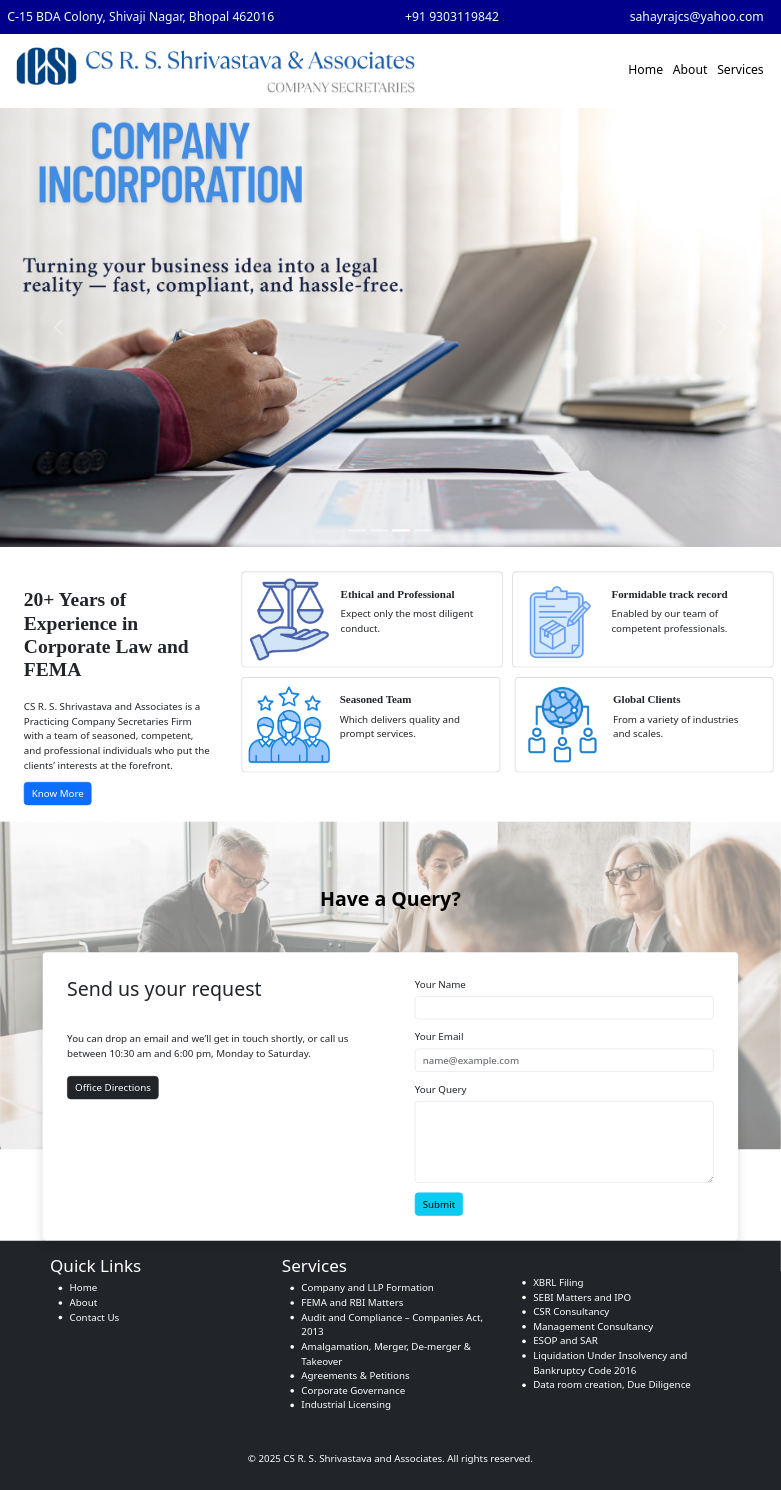
Repository: aayushiss/CS-RSS
Page: index.html
These files come from the project's save history. The page is drawn as it stood at one moment and after the next save; the edit follows.
The browser window is 1280 px wide. The pictures show the whole page, at 61% of full size.

Above is the page before, as saved 2025-05-20 18:45:27.

### index.html
<!DOCTYPE html>
<html lang="en">

<head>
  <meta charset="UTF-8">
  <meta name="viewport" content="width=device-width, initial-scale=1.0">
  <title>R. S. Shrivastava</title>
  <link href="https://cdn.jsdelivr.net/npm/bootstrap@5.3.3/dist/css/bootstrap.min.css" rel="stylesheet"
    integrity="sha384-QWTKZyjpPEjISv5WaRU9OFeRpok6YctnYmDr5pNlyT2bRjXh0JMhjY6hW+ALEwIH" crossorigin="anonymous">
  <link rel="stylesheet" type="text/css" href="style.css">
</head>

<body>
  <nav class="navbar fixed-top custom-navbar">
    <div class="container-fluid d-flex justify-content-between">
      <a class="navbar-brand"
        href="https://www.google.com/maps/place/R+S+SHRIVASTAVA+%26+ASSOCIATES/@23.2288499,77.4244091,17z/data=!3m1!4b1!4m6!3m5!1s0x397c425fada83073:0xcb1e8ba90a487f4e!8m2!3d23.228845!4d77.426984!16s%2Fg%2F1td0r8v9?entry=ttu&g_ep=EgoyMDI1MDUxMi4wIKXMDSoASAFQAw%3D%3D"
        target="_blank">C-15 BDA Colony, Shivaji Nagar, Bhopal 462016</a>
      <a class="navbar-brand" href="" tel:+919303119842"">+91 9303119842</a>
      <a class="navbar-brand" href="mailto:sahayrajcs@yahoo.com">sahayrajcs@yahoo.com</a>
    </div>
  </nav>
  <div class="navbar-space"></div>

  <nav class="navbar sticky-top second-navbar bg-white">
    <div class="container-fluid d-flex justify-content-between align-items-center">
      <a class="navbar-brand" href="index.html">
        <img src="images/icsi logo.jpg" alt="Logo" height="100rem" class="d-inline-block align-text-top">
      </a>
      <!-- </div> -->
      <div class="d-flex">
        <a class="navbar-brand" href="index.html">Home</a>
        <a class="navbar-brand" href="about.html">About</a>
        <a class="navbar-brand" href="services.html">Services</a>
      </div>
  </nav>

  <div id="carouselExampleCaptions" class="carousel slide" data-bs-ride="carousel" data-bs-interval="2000"
    data-bs-pause="false">
    <div class="carousel-indicators">
      <button type="button" data-bs-target="#carouselExampleCaptions" data-bs-slide-to="0" class="active"
        aria-current="true" aria-label="Slide 1"></button>
      <button type="button" data-bs-target="#carouselExampleCaptions" data-bs-slide-to="1"
        aria-label="Slide 2"></button>
      <button type="button" data-bs-target="#carouselExampleCaptions" data-bs-slide-to="2"
        aria-label="Slide 3"></button>
      <button type="button" data-bs-target="#carouselExampleCaptions" data-bs-slide-to="3"
        aria-label="Slide 4"></button>
    </div>
    <div class="carousel-inner">
      <div class="carousel-item active">
        <img src="images/Trusted corporate governance partner.png" class="d-block w-100" alt="...">
        <div class="carousel-caption d-none d-md-block">
          <!-- <h5>First slide label</h5>
              <p>Some representative placeholder content for the first slide.</p> -->
        </div>
      </div>
      <div class="carousel-item">
        <img src="images/LegalConsultancy.png" class="d-block w-100" alt="...">
      </div>
      <div class="carousel-item">
        <img src="images/companyIncorporation.png" class="d-block w-100" alt="...">
      </div>
      <div class="carousel-item">
        <img src="images/annualFilingReturn.png" class="d-block w-100" alt="...">
      </div>
    </div>
    <button class="carousel-control-prev" type="button" data-bs-target="#carouselExampleCaptions" data-bs-slide="prev">
      <span class="carousel-control-prev-icon" aria-hidden="true"></span>
      <span class="visually-hidden">Previous</span>
    </button>
    <button class="carousel-control-next" type="button" data-bs-target="#carouselExampleCaptions" data-bs-slide="next">
      <span class="carousel-control-next-icon" aria-hidden="true"></span>
      <span class="visually-hidden">Next</span>
    </button>
  </div>
  <div class="container-fluid" style="margin-top: 40px;">

    <div class="row">
      <div class="col-auto" style="width: 30vw;">
        <div class="card" style="border-color: white;">
          <div class="card-body">
            <h5 class="card-title">20+ Years of
              Experience in Corporate Law and FEMA</h5>
            <p class="card-text" style="padding-top: 20px">CS R. S. Shrivastava and Associates is a Practicing Company
              Secretaries Firm with a team of seasoned, competent, and professional individuals who put the clients’
              interests at the forefront.</p>
            <a href="about.html" class="btn btn-primary">Know More</a>
          </div>
        </div>
      </div>
      <div class="col">
        <div class="row row-cols-2 g-3">
          <div class="col">
            <div class="card mb-3">
              <div class="row g-0">
                <div class="col-md-4">
                  <img src="images/8629542.png" class="img-fluid rounded-start" alt="...">
                </div>
                <div class="col-md-8">
                  <div class="card-body">
                    <h5 class="card-title">Ethical and Professional</h5>
                    <p class="card-text">Expect only the most diligent conduct.</p>
                  </div>
                </div>
              </div>
            </div>
          </div>
          <div class="col">
            <div class="card mb-3">
              <div class="row g-0">
                <div class="col-md-4">
                  <img src="images/16919209.png" class="img-fluid rounded-start" alt="...">
                </div>
                <div class="col-md-8">
                  <div class="card-body">
                    <h5 class="card-title">Formidable track record</h5>
                    <p class="card-text">Enabled by our team of competent professionals.</p>
                  </div>
                </div>
              </div>
            </div>
          </div>
        </div>
        <div class="row">
          <div class="col">
            <div class="card mb-3">
              <div class="row g-0">
                <div class="col-md-4">
                  <img src="images/images.png" class="img-fluid rounded-start" alt="...">
                </div>
                <div class="col-md-8">
                  <div class="card-body">
                    <h5 class="card-title">Seasoned Team
                    </h5>
                    <p class="card-text">Which delivers quality and prompt services.</p>
                  </div>
                </div>
              </div>
            </div>
          </div>
          <div class="col">
            <div class="card mb-3">
              <div class="row g-0">
                <div class="col-md-4">
                  <img src="images/11743537.png" class="img-fluid rounded-start" alt="...">
                </div>
                <div class="col-md-8">
                  <div class="card-body">
                    <h5 class="card-title">Global Clients
                    </h5>
                    <p class="card-text">From a variety of industries and scales.</p>
                  </div>
                </div>
              </div>
            </div>
          </div>
        </div>
      </div>
    </div>
  </div>

  <div class="position-relative" style="margin-bottom: 150px;" id="contact-section">
    <img src="images/haveAQuery.jpg" class="img-fluid" alt="..." style="opacity: .5;">
    <h2 class="position-absolute start-50 translate-middle-x text-black fw-bold" style="top: 20%;">
      Have a Query?
    </h2>

    <div class="container-md position-absolute start-50 translate-middle-x" style="top: 40%;">
      <div class="row bg-white rounded shadow">
        <div class="col" style="padding: 40px;">
          <h2>Send us your request</h2>
          <p style="margin-top: 50px;">
            You can drop an email and we’ll get in touch shortly, or call us between 10:30 am and 6:00 pm, Monday to
            Saturday.
          </p>
          <div class="btn btn-dark" style="margin-top: 10px;">
            <a href="https://www.google.com/maps/place/R+S+SHRIVASTAVA+%26+ASSOCIATES/@23.2288499,77.4244091,17z/data=!3m1!4b1!4m6!3m5!1s0x397c425fada83073:0xcb1e8ba90a487f4e!8m2!3d23.228845!4d77.426984!16s%2Fg%2F1td0r8v9?entry=ttu&g_ep=EgoyMDI1MDUxMi4wIKXMDSoASAFQAw%3D%3D"
              style="color: white; text-decoration: none; padding-top: 20px;" target="_blank">Office Directions</a>
          </div>
        </div>
          <div class="col" style="padding: 40px;">
            <form id="form">
            <div class="mb-3">
              <label for="name" class="form-label">Your Name</label>
              <input class="form-control" id="name" required>
            </div>
            <div class="mb-3">
              <label for="email" class="form-label">Your Email</label>
              <input type="email" class="form-control" id="email" placeholder="name@example.com" required>
            </div>
            <div class="mb-3">
              <label for="query" class="form-label">Your Query</label>
              <textarea class="form-control" id="query" rows="5"></textarea>
            </div>
            <button type="submit" class="btn btn-info">Submit</button>
          </div>
          </form>
      </div>
    </div>
  </div>
  </div>
  <footer class="bg-dark text-white py-4 mt-5">
    <div class="container">
      <div class="row">
        <div class="col">
          <h3>Quick Links</h3>
          <ul class="footer-links">
            <li><a href="index.html">Home</a></li>
            <li><a href="about.html">About</a></li>
            <li><a href="#contact-section">Contact Us</a></li>
          </ul>
        </div>
        <div class="col">
          <h3>Services</h3>
          <ul class="footer-links">
            <li><a href="index.html">Company and LLP Formation</a></li>
            <li><a href="about.html">FEMA and RBI Matters</a></li>
            <li><a href="#contact-section">Audit and Compliance – Companies Act, 2013</a></li>
            <li><a href="hncjsd">Amalgamation, Merger, De-merger & Takeover</a></li>
            <li><a href="hncjsd">Agreements & Petitions</a></li>
            <li><a href="hncjsd">Corporate Governance</a></li>
            <li><a href="hncjsd">Industrial Licensing</a></li>
          </ul>
        </div>
        <div class="col" style="margin-top: 2rem;">
          <ul class="footer-links">
            <li><a href="hncjsd">XBRL Filing</a></li>
            <li><a href="hncjsd">SEBI Matters and IPO</a></li>
            <li><a href="hncjsd">CSR Consultancy</a></li>
            <li><a href="hncjsd">Management Consultancy</a></li>
            <li><a href="hncjsd">ESOP and SAR</a></li>
            <li><a href="hncjsd">Liquidation Under
                Insolvency and Bankruptcy Code 2016</a></li>
            <li><a href="hncjsd">Data room creation, Due Diligence</a></li>
          </ul>
        </div>
      </div>

    </div>
    <p class="text-center mt-5">&copy; 2025 CS R. S. Shrivastava and Associates. All rights reserved.</p>
  </footer>

  <script src="backend/main.js"></script>


  <script src="https://cdn.jsdelivr.net/npm/bootstrap@5.3.3/dist/js/bootstrap.bundle.min.js"
    integrity="sha384-YvpcrYf0tY3lHB60NNkmXc5s9fDVZLESaAA55NDzOxhy9GkcIdslK1eN7N6jIeHz"
    crossorigin="anonymous"></script>
</body>

</html>

### style.css
.custom-navbar {
    background-color: darkblue;
}

.custom-navbar .navbar-brand {
    color: azure;
}

.navbar-space {
    margin-top: 50px;
}

.second-navbar .navbar-brand {
    color: black;
}

.custom-card {
    height: 25vh;
}

.custom-card .card-img {
    height: 100%;
    object-fit: cover;
}

.container-fluid .card {
    padding: 10px;
}

.container-fluid .card-title {
    font-family: 'Times New Roman', Times, serif;
    font-weight: bold;
    font-size: xx-large;
}

.container-fluid .col-md-8 .card-title {
    font-family: 'Times New Roman', Times, serif;
    font-size: large;
}

.footer-links ul {
    list-style: none;
    text-decoration: none;
}

.footer-links a {
    color: white;
    text-decoration: none;
}

### backend/main.js
console.log("Script loaded!");

document.getElementById("form").addEventListener("submit", async function(e) {
    e.preventDefault();

    const name = document.getElementById("name").value;
    const email = document.getElementById("email").value;
    const query = document.getElementById("query").value;

    try {
      const response = await fetch("http://localhost:5050/submit-form", {
        method: "POST",
        headers: {
          "Content-Type": "application/json",
        },
        body: JSON.stringify({ name, email, query }),
      });

      const data = await response.json();
      if (response.ok) {
        alert("Query submitted successfully!");
        document.getElementById("form").reset(); // 👈 Clears all form fields
      } else {
        alert(data.message || "Submission failed.");
      }
    } catch (error) {
      console.error(error);
      alert("There was an error submitting the form.");
    }
  });

After the next save:
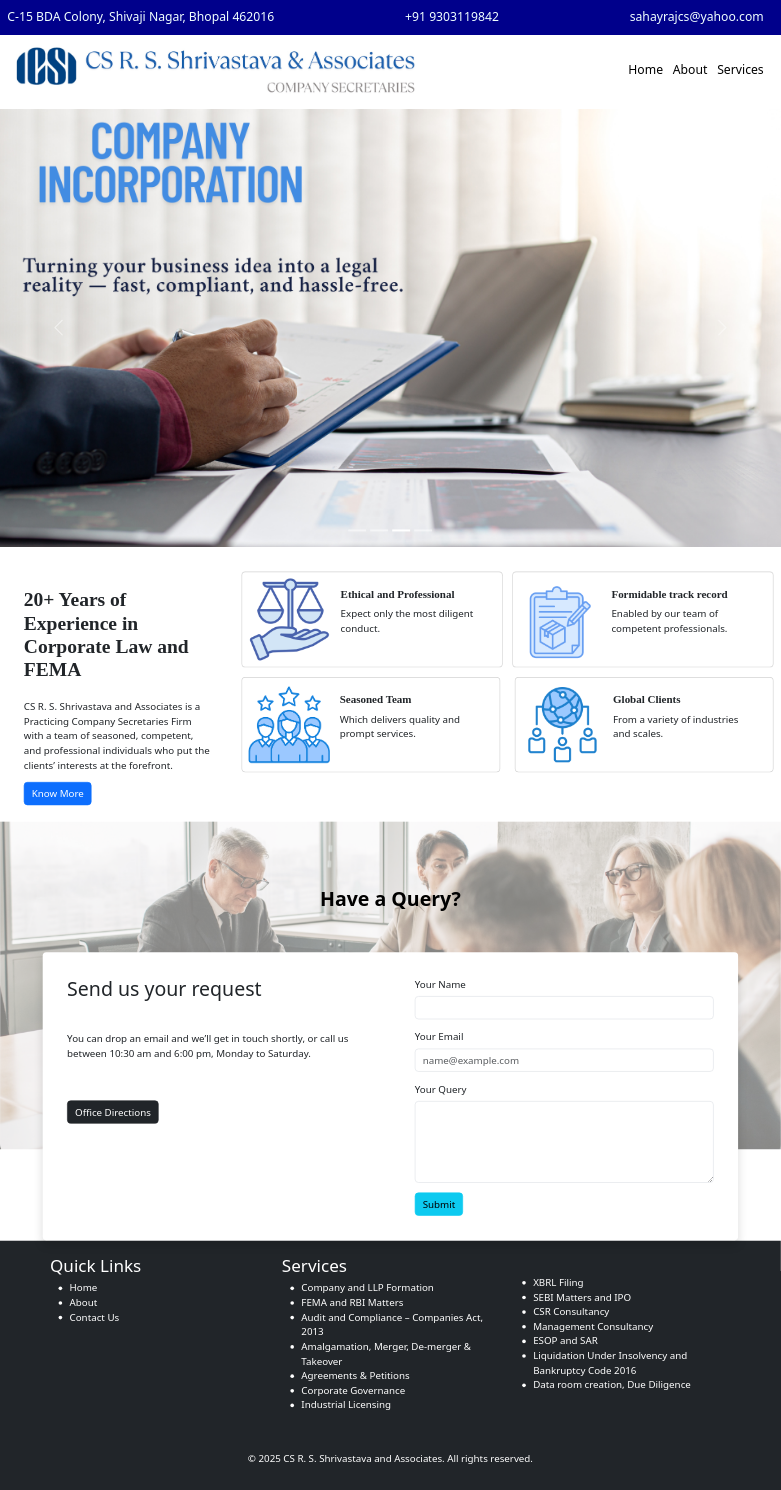
Saved 7 s later.
--- a/index.html
+++ b/index.html
@@ -174,7 +174,7 @@
             You can drop an email and we’ll get in touch shortly, or call us between 10:30 am and 6:00 pm, Monday to
             Saturday.
           </p>
-          <div class="btn btn-dark" style="margin-top: 10px;">
+          <div class="btn btn-dark" style="margin-top: 50px;">
             <a href="https://www.google.com/maps/place/R+S+SHRIVASTAVA+%26+ASSOCIATES/@23.2288499,77.4244091,17z/data=!3m1!4b1!4m6!3m5!1s0x397c425fada83073:0xcb1e8ba90a487f4e!8m2!3d23.228845!4d77.426984!16s%2Fg%2F1td0r8v9?entry=ttu&g_ep=EgoyMDI1MDUxMi4wIKXMDSoASAFQAw%3D%3D"
               style="color: white; text-decoration: none; padding-top: 20px;" target="_blank">Office Directions</a>
           </div>

After the save that followed:
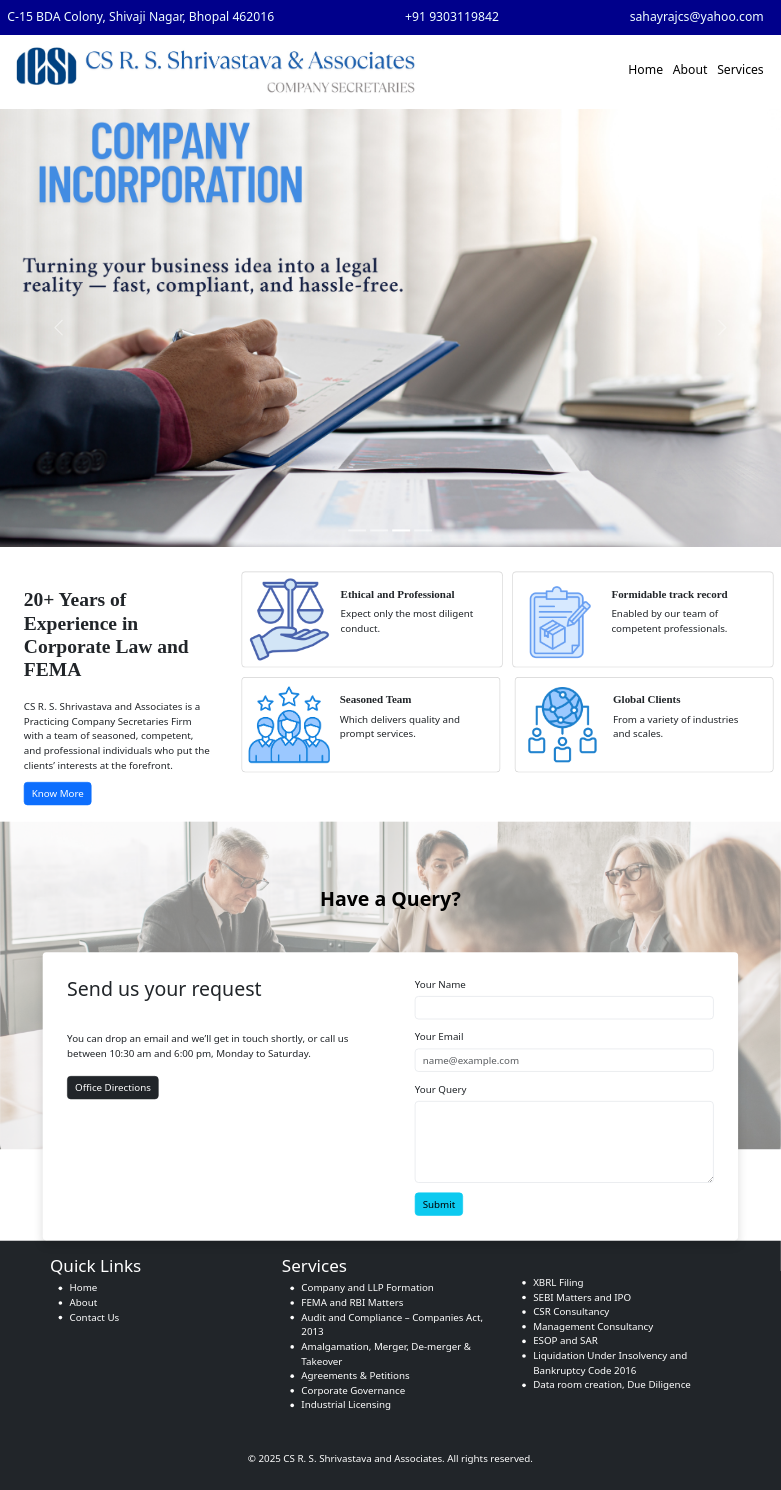
Saved 4 s later.
--- a/index.html
+++ b/index.html
@@ -174,7 +174,7 @@
             You can drop an email and we’ll get in touch shortly, or call us between 10:30 am and 6:00 pm, Monday to
             Saturday.
           </p>
-          <div class="btn btn-dark" style="margin-top: 50px;">
+          <div class="btn btn-dark" style="margin-top: 10px;">
             <a href="https://www.google.com/maps/place/R+S+SHRIVASTAVA+%26+ASSOCIATES/@23.2288499,77.4244091,17z/data=!3m1!4b1!4m6!3m5!1s0x397c425fada83073:0xcb1e8ba90a487f4e!8m2!3d23.228845!4d77.426984!16s%2Fg%2F1td0r8v9?entry=ttu&g_ep=EgoyMDI1MDUxMi4wIKXMDSoASAFQAw%3D%3D"
               style="color: white; text-decoration: none; padding-top: 20px;" target="_blank">Office Directions</a>
           </div>
